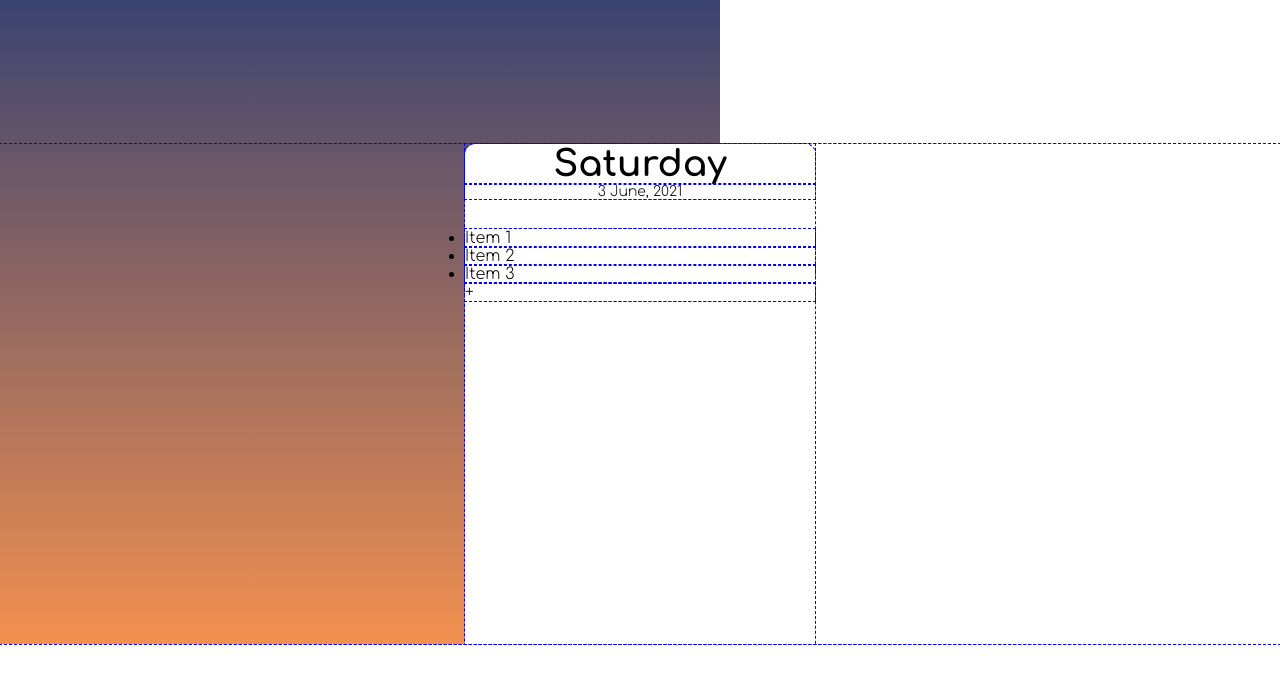
Repository: Colo-Codes/mini-projects
Page: todo-app/index.html
These files come from the project's save history. The page is drawn as it stood at one moment and after the next save; the edit follows.
The browser window is 1280 px wide. The pictures show the whole page.

Above is the page before, as saved 2021-07-04 11:13:10.

After the next save:
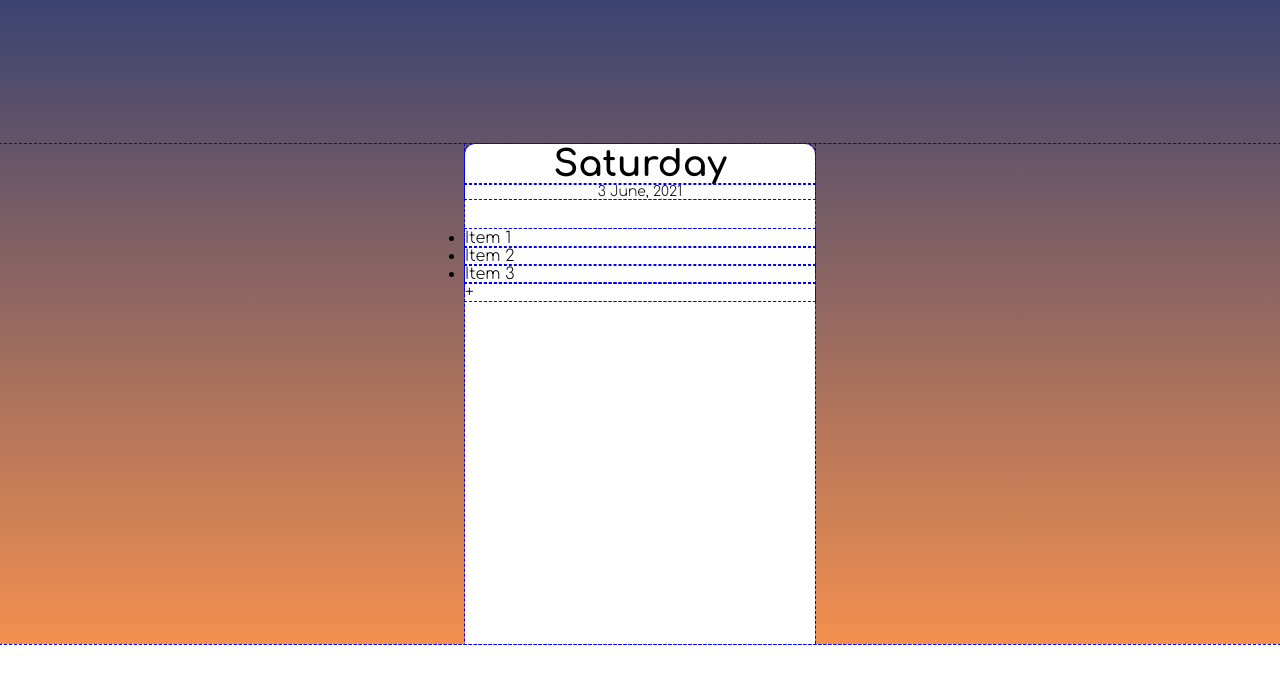
Saved 19 s later.
--- a/todo-app/css/index.css
+++ b/todo-app/css/index.css
@@ -30,7 +30,7 @@ body {
         #f3904f
     ); /* W3C, IE 10+/ Edge, Firefox 16+, Chrome 26+, Opera 12+, Safari 7+ */
     background-repeat: no-repeat;
-    background-size: 100vh;
+    background-size: auto;
 }
 
 .todo {
